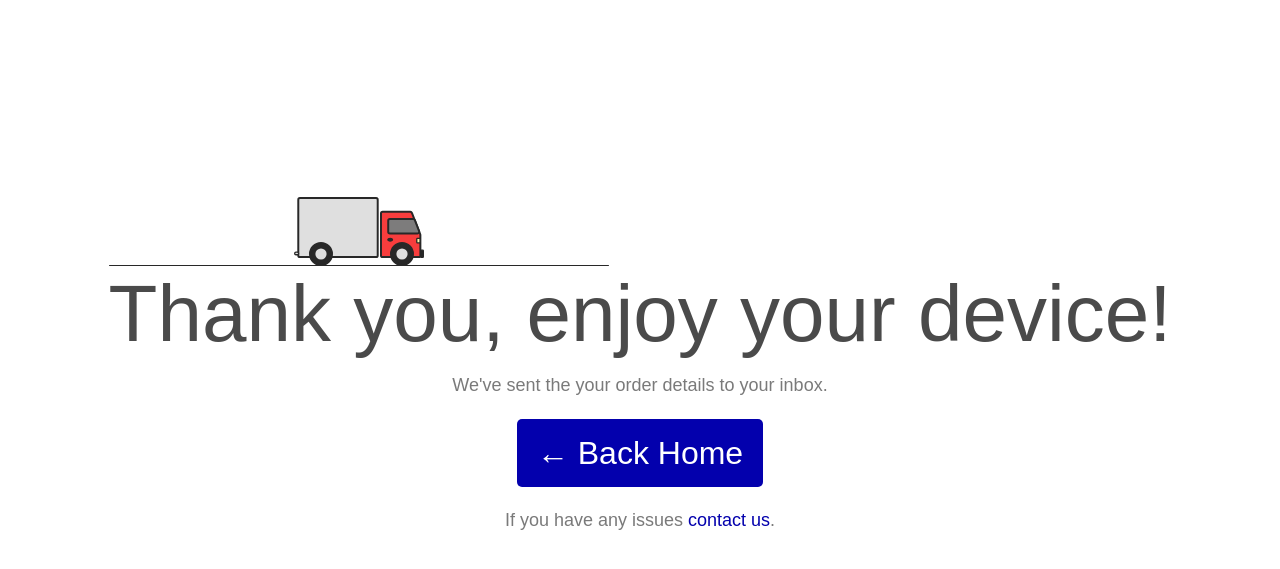
Repository: Davidobi21/macelect
Page: frontend/pages/thank-you.html
These files come from the project's save history. The page is drawn as it stood at one moment and after the next save; the edit follows.
The browser window is 1280 px wide. The pictures show the whole page.

Above is the page before, as saved 2025-05-06 10:34:46.

### frontend/pages/thank-you.html
<!DOCTYPE html>
<html lang="en">
<head>
  <meta charset="UTF-8">
  <meta name="viewport" content="width=device-width, initial-scale=1.0">
  <title>Thank You</title>
  <link href="https://cdn.jsdelivr.net/npm/bootstrap@5.3.0-alpha1/dist/css/bootstrap.min.css" rel="stylesheet">
  <style>
    body {
      display: flex;
      justify-content: center;
      align-items: center;
      height: 100vh;
      margin: 0;
      font-family: 'Arial', sans-serif;
    }

    /* From Uiverse.io by vinodjangid07 */
.loader {
  width: fit-content;
  height: fit-content;
  display: flex;
  align-items: center;
  justify-content: center;
}

.truckWrapper {
  width: 500px;
  height: 100px;
  display: flex;
  flex-direction: column;
  position: relative;
  align-items: center;
  justify-content: flex-end;
  overflow-x: hidden;
}
/* truck upper body */
.truckBody {
  width: 130px;
  height: fit-content;
  margin-bottom: 6px;
  animation: motion 1s linear infinite;
}
/* truck suspension animation*/
@keyframes motion {
  0% {
    transform: translateY(0px);
  }
  50% {
    transform: translateY(3px);
  }
  100% {
    transform: translateY(0px);
  }
}
/* truck's tires */
.truckTires {
  width: 130px;
  height: fit-content;
  display: flex;
  align-items: center;
  justify-content: space-between;
  padding: 0px 10px 0px 15px;
  position: absolute;
  bottom: 0;
}
.truckTires svg {
  width: 24px;
}

.road {
  width: 100%;
  height: 1.5px;
  background-color: #282828;
  position: relative;
  bottom: 0;
  align-self: flex-end;
  border-radius: 3px;
}
.road::before {
  content: "";
  position: absolute;
  width: 20px;
  height: 100%;
  background-color: #282828;
  right: -50%;
  border-radius: 3px;
  animation: roadAnimation 1.4s linear infinite;
  border-left: 10px solid white;
}
.road::after {
  content: "";
  position: absolute;
  width: 10px;
  height: 100%;
  background-color: #282828;
  right: -65%;
  border-radius: 3px;
  animation: roadAnimation 1.4s linear infinite;
  border-left: 4px solid white;
}

.lampPost {
  position: absolute;
  bottom: 0;
  right: -90%;
  height: 90px;
  animation: roadAnimation 1.4s linear infinite;
}

@keyframes roadAnimation {
  0% {
    transform: translateX(0px);
  }
  100% {
    transform: translateX(-350px);
  }
}

    .thank-you-container {
      text-align: center;
      padding: 40px;
      border-radius: 10px;
    }
    .thank-you-container img {
      width: 400px;
      margin-bottom: 20px;
    }
    .thank-you-container h1 {
      font-size: 5rem;
      color: #4a4a4a;
      margin-bottom: 10px;
    }
    .thank-you-container p {
      color: #7a7a7a;
      font-size: large;
      margin-bottom: 20px;
    }
    .thank-you-container .btn {
      background-color: #0300ad;
      color: #fff;
      padding: 10px 20px;
      border: none;
      border-radius: 5px;
      text-decoration: none;
      font-size: 2rem;
    }
    .thank-you-container .btn:hover {
      background-color: #e14c6a;
    }
    .thank-you-container .contact {
      margin-top: 20px;
      font-size: 0.9rem;
      color: #7a7a7a;
    }
    .thank-you-container .contact a {
      color:  #0300ad;
      text-decoration: none;
    }
    .thank-you-container .contact a:hover {
      text-decoration: underline;
    }
  </style>
</head>
<body>
  <div class="thank-you-container">
    <!-- From Uiverse.io by vinodjangid07 -->
<div class="loader">
  <div class="truckWrapper">
    <div class="truckBody">
      <svg
        xmlns="http://www.w3.org/2000/svg"
        fill="none"
        viewBox="0 0 198 93"
        class="trucksvg"
      >
        <path
          stroke-width="3"
          stroke="#282828"
          fill="#F83D3D"
          d="M135 22.5H177.264C178.295 22.5 179.22 23.133 179.594 24.0939L192.33 56.8443C192.442 57.1332 192.5 57.4404 192.5 57.7504V89C192.5 90.3807 191.381 91.5 190 91.5H135C133.619 91.5 132.5 90.3807 132.5 89V25C132.5 23.6193 133.619 22.5 135 22.5Z"
        ></path>
        <path
          stroke-width="3"
          stroke="#282828"
          fill="#7D7C7C"
          d="M146 33.5H181.741C182.779 33.5 183.709 34.1415 184.078 35.112L190.538 52.112C191.16 53.748 189.951 55.5 188.201 55.5H146C144.619 55.5 143.5 54.3807 143.5 53V36C143.5 34.6193 144.619 33.5 146 33.5Z"
        ></path>
        <path
          stroke-width="2"
          stroke="#282828"
          fill="#282828"
          d="M150 65C150 65.39 149.763 65.8656 149.127 66.2893C148.499 66.7083 147.573 67 146.5 67C145.427 67 144.501 66.7083 143.873 66.2893C143.237 65.8656 143 65.39 143 65C143 64.61 143.237 64.1344 143.873 63.7107C144.501 63.2917 145.427 63 146.5 63C147.573 63 148.499 63.2917 149.127 63.7107C149.763 64.1344 150 64.61 150 65Z"
        ></path>
        <rect
          stroke-width="2"
          stroke="#282828"
          fill="#FFFCAB"
          rx="1"
          height="7"
          width="5"
          y="63"
          x="187"
        ></rect>
        <rect
          stroke-width="2"
          stroke="#282828"
          fill="#282828"
          rx="1"
          height="11"
          width="4"
          y="81"
          x="193"
        ></rect>
        <rect
          stroke-width="3"
          stroke="#282828"
          fill="#DFDFDF"
          rx="2.5"
          height="90"
          width="121"
          y="1.5"
          x="6.5"
        ></rect>
        <rect
          stroke-width="2"
          stroke="#282828"
          fill="#DFDFDF"
          rx="2"
          height="4"
          width="6"
          y="84"
          x="1"
        ></rect>
      </svg>
    </div>
    <div class="truckTires">
      <svg
        xmlns="http://www.w3.org/2000/svg"
        fill="none"
        viewBox="0 0 30 30"
        class="tiresvg"
      >
        <circle
          stroke-width="3"
          stroke="#282828"
          fill="#282828"
          r="13.5"
          cy="15"
          cx="15"
        ></circle>
        <circle fill="#DFDFDF" r="7" cy="15" cx="15"></circle>
      </svg>
      <svg
        xmlns="http://www.w3.org/2000/svg"
        fill="none"
        viewBox="0 0 30 30"
        class="tiresvg"
      >
        <circle
          stroke-width="3"
          stroke="#282828"
          fill="#282828"
          r="13.5"
          cy="15"
          cx="15"
        ></circle>
        <circle fill="#DFDFDF" r="7" cy="15" cx="15"></circle>
      </svg>
    </div>
    <div class="road"></div>

    <svg
      xml:space="preserve"
      viewBox="0 0 453.459 453.459"
      xmlns:xlink="http://www.w3.org/1999/xlink"
      xmlns="http://www.w3.org/2000/svg"
      id="Capa_1"
      version="1.1"
      fill="#000000"
      class="lampPost"
    >
      <path
        d="M252.882,0c-37.781,0-68.686,29.953-70.245,67.358h-6.917v8.954c-26.109,2.163-45.463,10.011-45.463,19.366h9.993
c-1.65,5.146-2.507,10.54-2.507,16.017c0,28.956,23.558,52.514,52.514,52.514c28.956,0,52.514-23.558,52.514-52.514
c0-5.478-0.856-10.872-2.506-16.017h9.992c0-9.354-19.352-17.204-45.463-19.366v-8.954h-6.149C200.189,38.779,223.924,16,252.882,16
c29.952,0,54.32,24.368,54.32,54.32c0,28.774-11.078,37.009-25.105,47.437c-17.444,12.968-37.216,27.667-37.216,78.884v113.914
h-0.797c-5.068,0-9.174,4.108-9.174,9.177c0,2.844,1.293,5.383,3.321,7.066c-3.432,27.933-26.851,95.744-8.226,115.459v11.202h45.75
v-11.202c18.625-19.715-4.794-87.527-8.227-115.459c2.029-1.683,3.322-4.223,3.322-7.066c0-5.068-4.107-9.177-9.176-9.177h-0.795
V196.641c0-43.174,14.942-54.283,30.762-66.043c14.793-10.997,31.559-23.461,31.559-60.277C323.202,31.545,291.656,0,252.882,0z
M232.77,111.694c0,23.442-19.071,42.514-42.514,42.514c-23.442,0-42.514-19.072-42.514-42.514c0-5.531,1.078-10.957,3.141-16.017
h78.747C231.693,100.736,232.77,106.162,232.77,111.694z"
      ></path>
    </svg>
  </div>
</div>

    <h1>Thank you, enjoy your device!</h1>
    <p>We've sent the your order details to your inbox.</p>
    <a href="../index.html" class="btn">← Back Home</a>
    <div class="contact">
      <p>If you have any issues <a href="contact.html">contact us</a>.</p>
    </div>
  </div>
</body>
</html>

After the next save:
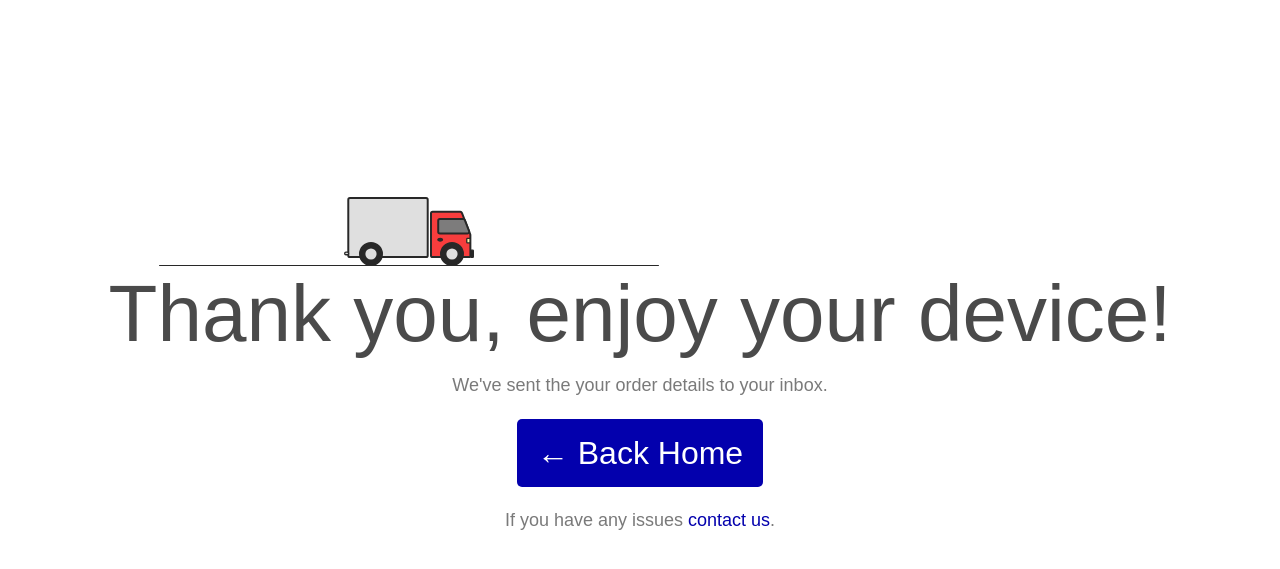
Saved 16 s later.
--- a/frontend/pages/thank-you.html
+++ b/frontend/pages/thank-you.html
@@ -17,7 +17,7 @@
 
     /* From Uiverse.io by vinodjangid07 */
 .loader {
-  width: fit-content;
+  width: 600px;
   height: fit-content;
   display: flex;
   align-items: center;
